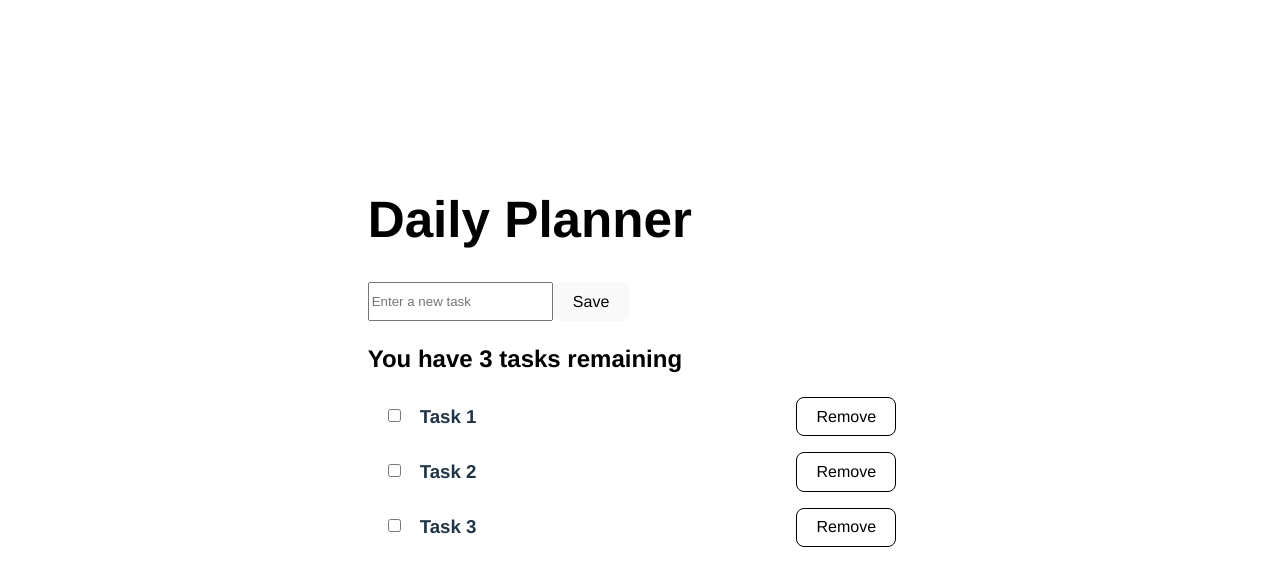
Repository: MonicaNguyenH/Frontend_Assignment6
Page: / (app in react/)
These files come from the project's save history. The page is drawn as it stood at one moment and after the next save; the edit follows.
The browser window is 1280 px wide. The pictures show the whole page.
The project was rebuilt for these pictures with package versions that can differ from the ones it lists, and the page was loaded fresh each time. Also part of the build but not shown: react/vite.config.js.

Above is the page before, as saved 2024-10-11 00:53:40.

After the next save:
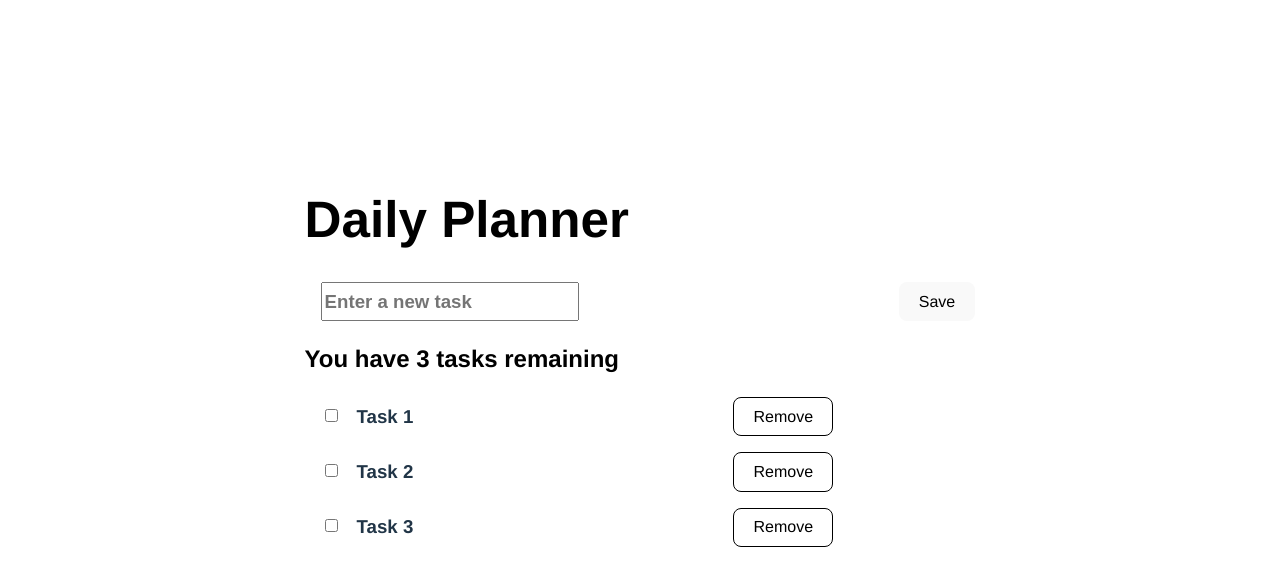
Saved 8 s later.
--- a/react/src/components/TaskForm.jsx
+++ b/react/src/components/TaskForm.jsx
@@ -27,8 +27,8 @@ export default function TaskForm({addTask}) {
             <form onSubmit={handleSubmit}>
                 <div className="formContainer">
                     <input
-                        id="task-name task-input"
-                        name="task-name task-input"
+                        id="task-name"
+                        name="task-name"
                         type="text"
                         value={taskName}
                         onChange={(e) => setTaskName(e.target.value)}
